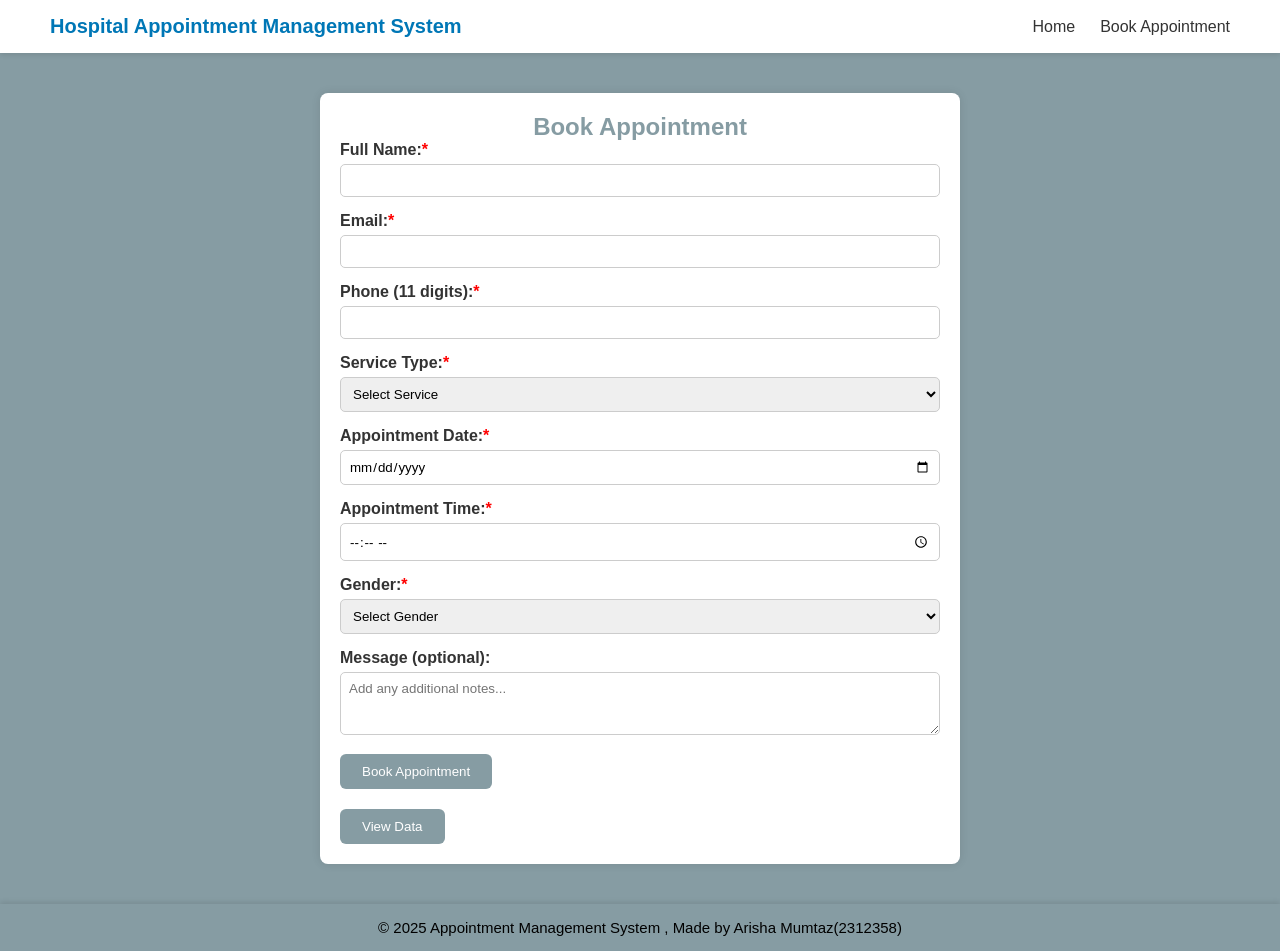
Repository: Arisha004/Hospital-appointment-management-system-
Page: http://localhost/
The author's editor kept a copy of each file at every save. The page is drawn from the files as they stood at one save, then again after the next save.
The browser window is 1280 px wide. The pictures show the whole page.
The page is run by PHP 8.4 with error messages shown; the project is at /var/www/html/.

Above is the page before, as saved 2025-11-15 18:27:00.

### index.php

<!DOCTYPE html>
<html lang="en">
<head>
<title>Book Appointment</title>
<link rel="stylesheet" href="style2.css">

</head>
<body>
 <header class="navbar">
    <div class="logo">Hospital Appointment Management System</div>
    <nav>
      <ul>
        <li><a href="landingpage.html">Home</a></li>
          <li><a href="index.php">Book Appointment</a></li>
      </ul>
    </nav>
  </header>


<div class="container1">
  <h2>Book Appointment</h2>
  <form  action="insertappointmentform.php" method="POST">

    <label>Full Name:<span>*</span></label>
    <input type="text" name="full_name" required pattern="^[A-Za-z]{3,}( [A-Za-z]+)?$"  minlength="3"
       title="Name should contain only letters.">


    <label>Email:<span>*</span></label>
    <input type="email"
   name="email" required title="enter a valid email address">

    <label>Phone (11 digits):<span>*</span></label>
    <input type="text" name="phone" required pattern="[0-9]{11}" title="Phone number must be exactly 11 digits." maxlength="11">

    <label>Service Type:<span>*</span></label>
    <select name="service_type" required>
      <option value=""> Select Service </option>
      <option value="Consultation">Consultation</option>
      <option value="Follow-up">Follow-up</option>
      <option value="Check-up">Check-up</option>
      <option value="Emergency">Emergency</option>
    </select>

    <label>Appointment Date:<span>*</span></label>
    <input type="date" name="appointment_date" required min="<?php echo date('Y-m-d'); ?>">

    <label>Appointment Time:<span>*</span></label>
    <input type="time" name="appointment_time" required>

    <label>Gender:<span>*</span></label>
    <select name="gender" required>
      <option value=""> Select Gender </option>
      <option value="Male">Male</option>
      <option value="Female">Female</option>
      <option value="Other">Other</option>
    </select>

    <label>Message (optional):</label>
    <textarea name="message"  rows="3" pattern=".*\S.*"  placeholder="Add any additional notes..."></textarea>

    <input type="hidden" name="created_at" value="<?php echo date('Y-m-d H:i:s'); ?>">

    <button type="submit" name="submit"> Book Appointment </button>
  </form>


<div style="margin-top:20px;">
    <form action="list.php" method="get">
    <button type="submit">View Data</button>
    </form>
</div>
</div>

    <footer>
    <p>© 2025 Appointment Management System , Made by Arisha Mumtaz(2312358)</p>
  </footer>
</div>
</body>
</html>

### style2.css
  /* Reset and fonts */
* {
  margin: 0;
  padding: 0;
  box-sizing: border-box;
  font-family: 'Poppins', sans-serif;
}

body {
  background: #869CA3;
  color: #333;
}
  .container1 { width: 50%; margin: 40px auto; background: #fff; padding: 20px; border-radius: 8px; box-shadow: 0 0 10px rgba(0,0,0,0.1); }
  h2 { text-align: center; color: #869CA3; }
  label { font-weight: bold; display: block; margin-bottom: 5px; }
  input, select, textarea {
      width: 100%;
      padding: 8px;
      margin-bottom: 15px;
      border: 1px solid #ccc;
      border-radius: 5px;
  }
 /* Footer */
footer {
  text-align: center;
  padding: 15px;
  background-color:#869CA3;
        color: black;
  box-shadow: 0 -2px 5px rgba(0,0,0,0.1);
  font-size: 15px;

}
label span {
  color: red;
}

/* Navbar */
.navbar {
  display: flex;
  justify-content: space-between;
  align-items: center;
  padding: 15px 50px;
  background: #fff;
  box-shadow: 0 2px 5px rgba(0,0,0,0.1);
  position: sticky;
  top: 0;
  z-index: 10;
}

.navbar .logo {
  font-weight: 700;
    font-size: 20px;
  color: #0077b6;
}

.navbar ul {
  display: flex;
  list-style: none;
}

.navbar ul li a {
  text-decoration: none;
  color: #333;
  margin-left: 25px;
  transition: 0.3s;
}

.navbar ul li a:hover {
  color: #0077b6;
}

  button{

  display: inline-block;
  background-color: #869CA3;
  color: #fff;
  padding: 10px 22px;
  border: none;
  border-radius: 6px;
  cursor: pointer;
  font-weight: 500;

  transition: 0.3s;
   text-align: center;
}

button:hover {
  background-color: #7498a3;
  transform: translateY(-2px);
}

  input[type=submit] {
      background-color: #007bff;
      color: white;
      border: none;
      padding: 10px 15px;
      cursor: pointer;
      border-radius: 5px;
  }
  input[type=submit]:hover {
      background-color: #0056b3;
  }
  select[name="status"] {
    background-color: #f8f9fa;
    color: #495057;
    padding: 8px;
    margin-bottom: 15px;
    border: 1px solid #ced4da;
    border-radius: 5px;
    width: 100%;
}

select[name="status"] option[value="Pending"] { color: #ffc107; }
select[name="status"] option[value="Confirmed"] { color: #28a745; }
select[name="status"] option[value="Cancelled"] { color: #dc3545; }
select[name="status"] option[value="Completed"] { color: #17a2b8; }

After the next save:
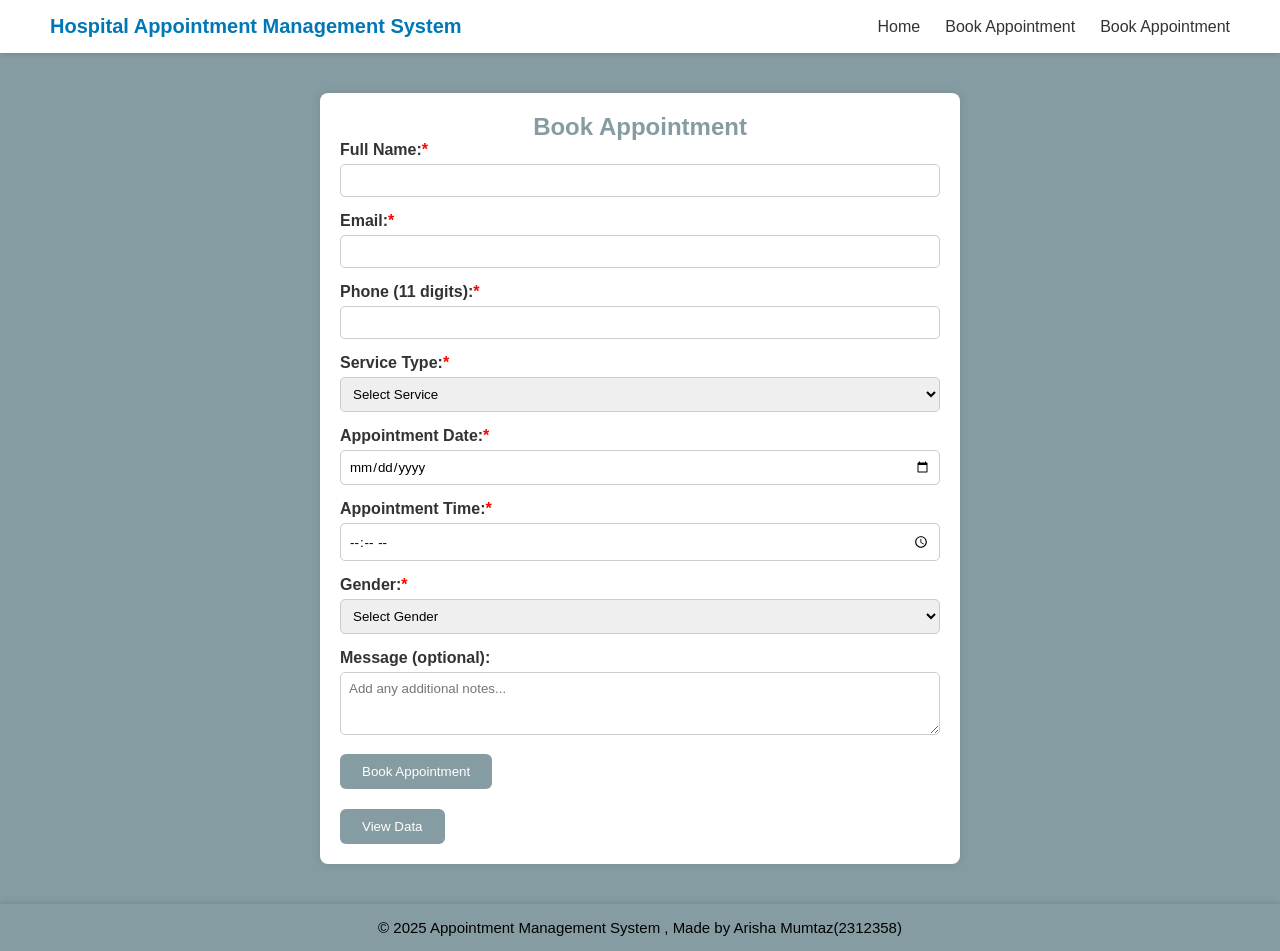
Saved 2 min 37 s later.
--- a/index.php
+++ b/index.php
@@ -12,6 +12,8 @@
     <nav>
       <ul>
         <li><a href="landingpage.html">Home</a></li>
+          <li><a href="index.php">Book Appointment</a></li>
+
           <li><a href="index.php">Book Appointment</a></li>
       </ul>
     </nav>
